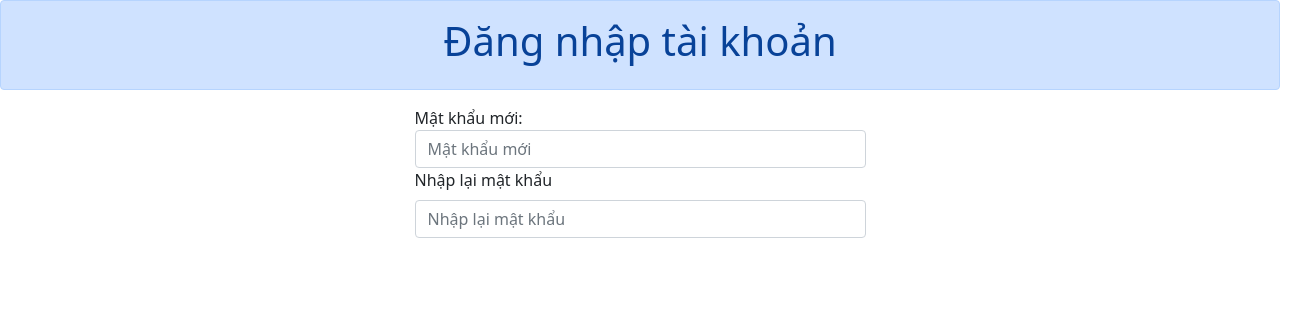
Repository: NguyenNgocThaoo/Nguyen-Ngoc-Thao-22133051
Page: http://localhost/HelloWorld/views/update-password.jsp
These files come from the project's save history. The page is drawn as it stood at one moment and after the next save; the edit follows.
The browser window is 1280 px wide. The page is 1292 px wide, so the pictures cover 1292 px, including what lies to the right of the window. The pictures show the whole page.
The page is served by Tomcat 10. Nobody is signed in. The application's start-up code is not run.

Above is the page before, as saved 2024-09-19 13:45:45.

After the next save:
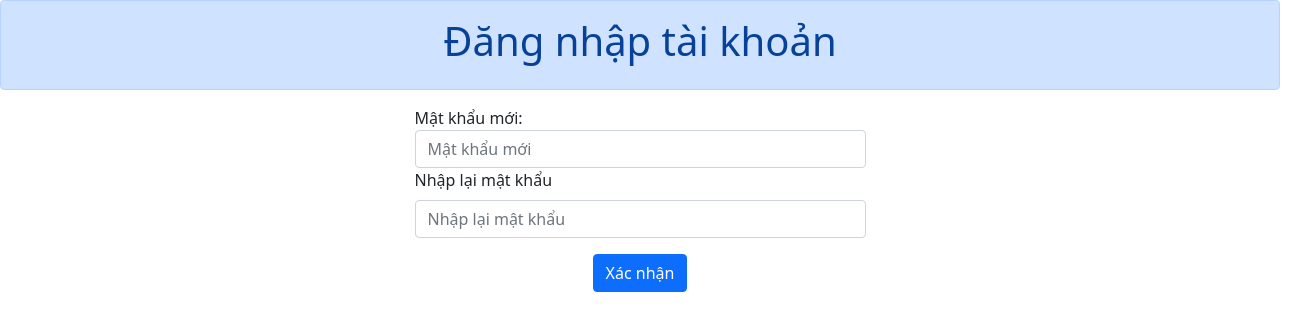
Saved 32 s later.
--- a/HelloWorld/src/main/webapp/views/update-password.jsp
+++ b/HelloWorld/src/main/webapp/views/update-password.jsp
@@ -35,6 +35,9 @@ bootstrap.min.css"
 									id="confirmPassword" name="confirmPassword"
 									placeholder="Nhập lại mật khẩu" required>
 					</div>
+					<div class="form-group mt-3" align="center">
+						<button type="submit" class="btn btn-primary">Xác nhận</button>
+					</div>
 				</form>
 			</div>
 		</div>
